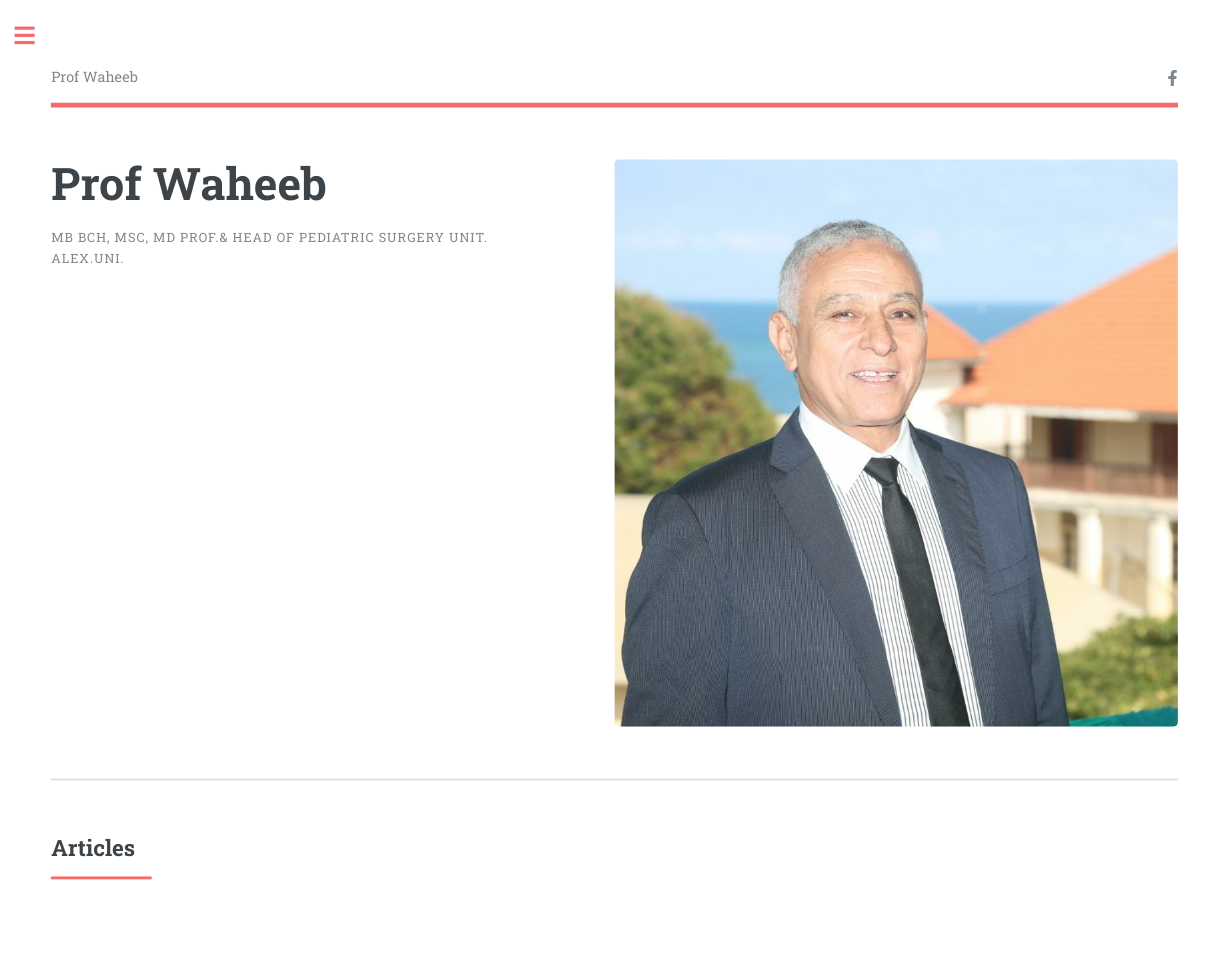
Repository: AmrHash/SaberWaheeb.github.io
Page: website/templates/operation.html
An editor plug-in stored every save of this project. The page is shown before and after the next save, followed by the edit.
The browser window is 1280 px wide. The pictures show the whole page, at 96% of full size.
The page is served by the project's application, run on Django 3.2 (manage.py). The template is opened directly, without the code that normally fills it, so the values that code supplies are empty.

Above is the page before, as saved 2020-12-22 15:36:07.

After the next save:
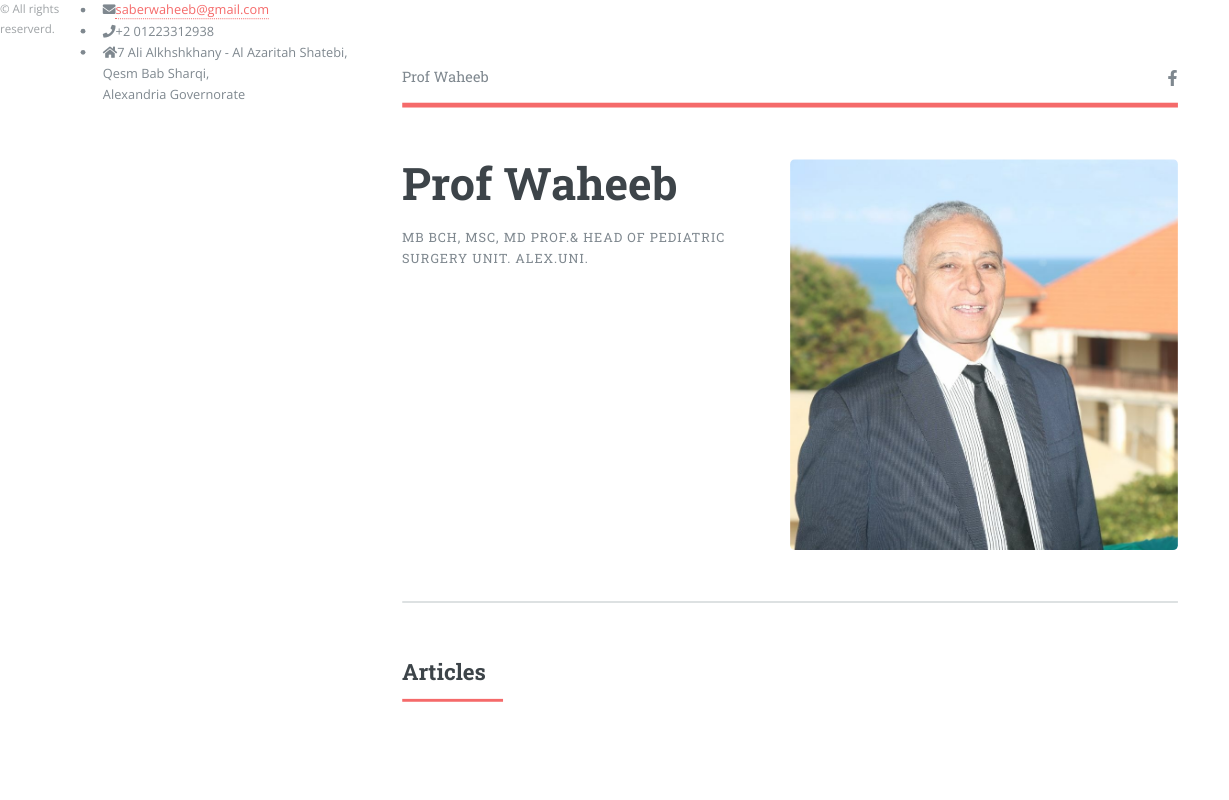
Saved 20 s later.
--- a/website/templates/operation.html
+++ b/website/templates/operation.html
@@ -77,35 +77,6 @@
 						</div>
 					</div>
 
-				<!-- Sidebar -->
-					<div id="sidebar">
-						<div class="inner">
-
-
-
-							<!-- Menu -->
-								<nav id="menu">
-									<header class="major">
-										<h2>Menu</h2>
-									</header>
-									<ul>
-										<li><a href="{% url 'home'%}">Homepage</a></li>
-										<li><a href="{% url 'contact'%}">Get an Appointment</a></li>
-										<li><a href="{% url 'bio'%}">Bio</a></li>
-										<span class="opener">For Doctors</span>
-										<ul>
-										<li><a href="{% url 'science'%}">Scientific Publication
-										</a></li>
-										<li><a href="{% url 'operation'%}">operations</a></li>
-
-										</ul>
-										</li>
-										<li><a href="#">العربية</a></li>
-
-										<li>
-
-									</ul>
-								</nav>
 
 
 
